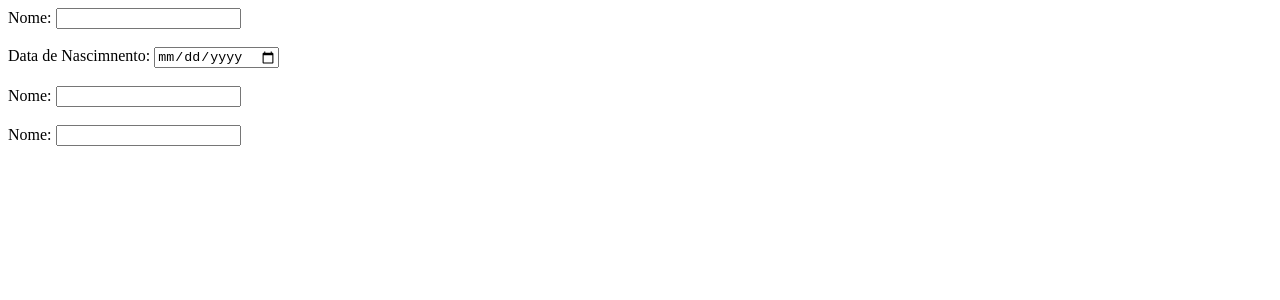
Repository: HigorRoc/Uninove_2021.1_AplicacaoWebQuarta
Page: usersManager/WebContent/formCadastro.html
The author's editor kept a copy of each file at every save. The page is drawn from the files as they stood at one save, then again after the next save.
The browser window is 1280 px wide. The pictures show the whole page.

Above is the page before, as saved 2021-05-13 00:14:29.

After the next save:
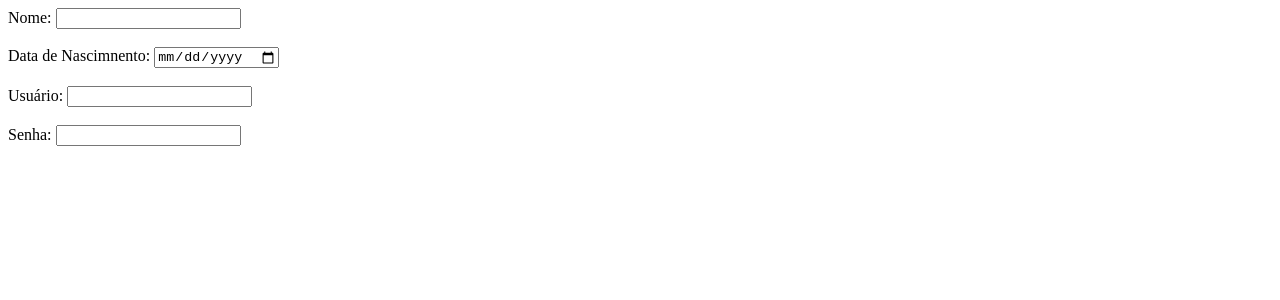
Saved 7 s later.
--- a/usersManager/WebContent/formCadastro.html
+++ b/usersManager/WebContent/formCadastro.html
@@ -8,8 +8,8 @@
 	<form>
 		Nome: <input type="text" name="txtnome"><br><br>
 		Data de Nascimnento: <input type="date" name="txtdatanascimento"><br><br>
-		Nome: <input type=" name="txtnome"><br><br>
-		Nome: <input type=" name="txtnome"><br><br>
+		Usuário: <input type=" name="txtnome"><br><br>
+		Senha: <input type=" name="txtnome"><br><br>
 	</form>
 </body>
 </html>
